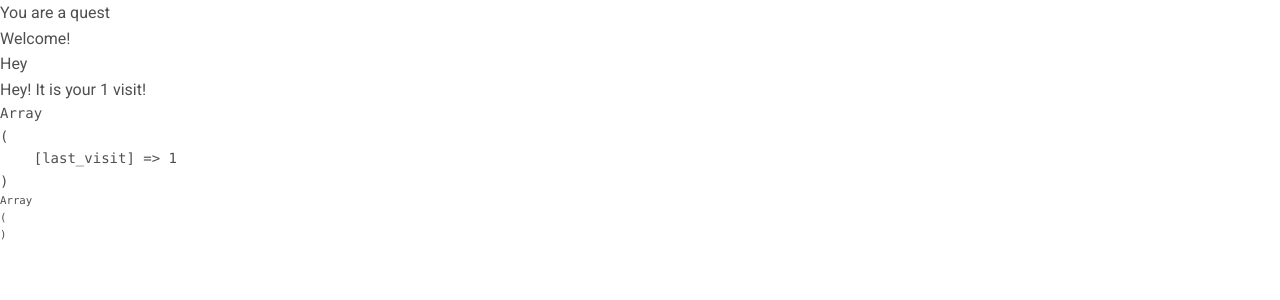
Repository: mahoone/revising_php
Page: http://localhost/
The author's editor kept a copy of each file at every save. The page is drawn from the files as they stood at one save, then again after the next save.
The browser window is 1280 px wide. The pictures show the whole page.
Some web libraries are served in a nearby version. The page is run by PHP 8.4 with error messages shown; the project is at /var/www/html/.

Above is the page before, as saved 2020-06-27 12:20:55.

### index.php
<!DOCTYPE html>
<html lang="en">
  <head>
    <meta charset="UTF-8" />
    <meta name="viewport" content="width=device-width, initial-scale=1, shrink-to-fit=no" />
    <meta http-equiv="x-ua-compatible" content="ie=edge" />
    <title>Home</title>
    <!-- Font Awesome -->
    <link rel="stylesheet" href="https://use.fontawesome.com/releases/v5.11.2/css/all.css" />
    <!-- Google Fonts Roboto -->
    <link
      rel="stylesheet"
      href="https://fonts.googleapis.com/css2?family=Roboto:wght@300;400;500;700&display=swap"
    />
    <!-- MDB -->
    <link rel="stylesheet" href="css/mdb.min.css" />
    <!-- Custom styles -->
    <style></style>
  </head>
  <body>

    <?php
    session_start();

    require ('./utils/Utils.php');
    include ('./utils/Stats.php');

    dumb($_SESSION);
    dumb($_COOKIE);
    ?>

  </body>
  <script type="text/javascript" src="js/mdb.min.js"></script>
  <script type="text/javascript"></script>
</html>

### utils/Utils.php
<?php

function dumb($dumb_value) {
    echo '<pre>';
    print_r($dumb_value);
    echo '<pre>';
}

### utils/Stats.php
<?php

// User validation
class User {

    private $user_name;
    private $user_password;

    public function setUser($name, $password) {
        $this->user_name = $name;
        $this->user_password = $password;
    }

    public function getUserName() {
        return $this->user_name;
    }

    public function getUserPassword() {
        return $this->user_password;
    }
}

// User
$user_one = new User;

$user_one->setUser('kamil', 'misio');

// Log visitor data from current session
class Visitor extends User {

    public function visitCounter() {
        if(!isset($_SESSION['last_visit'])) {
            $_SESSION['last_visit'] = 0;
            echo 'Welcome!'.'<br/>';
        }
        $_SESSION['last_visit']++;
    }

    public function setUserCookies() {
       setcookie('visit_no', time(), time() + 30* 86400);{
           if(!isset($_COOKIE['visit_no'])) {
               echo 'You are a quest'.'<br/>';
           }
           else {
               echo 'You visited this page on '.date('d.m.Y, H:i', $_COOKIE['visit_no']).'<br/>';
           }
        }
    }

    public function displayVisitorData() {
        echo 'Hey '.$this->getUserName().'<br/>';
        echo 'Hey! It is your '.$_SESSION['last_visit'].' visit!';
    }
}


// Visitor
$visitor = new Visitor;

$visitor->setUserCookies();

$visitor->visitCounter();

$visitor->displayVisitorData();

Loaded but not shown: css/mdb.min.css (library); js/mdb.min.js (library)

After the next save:
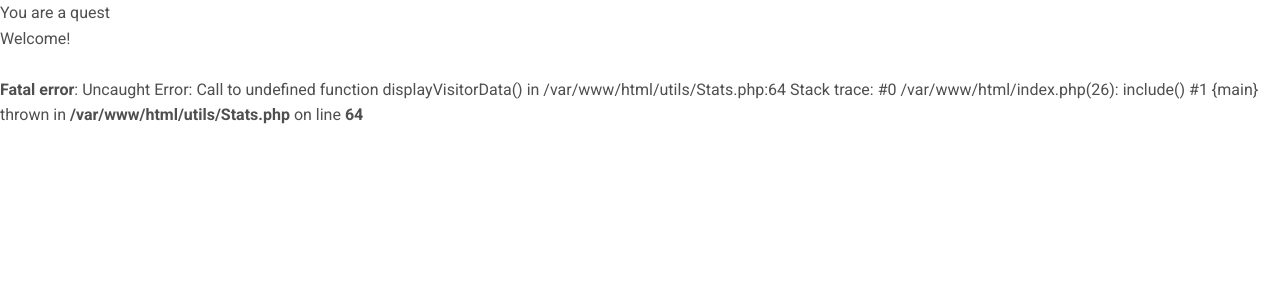
Saved 2 min 4 s later.
--- a/utils/Stats.php
+++ b/utils/Stats.php
@@ -61,4 +61,4 @@
 
 $visitor->visitCounter();
 
-$visitor->displayVisitorData();
+displayVisitorData();

After the save that followed:
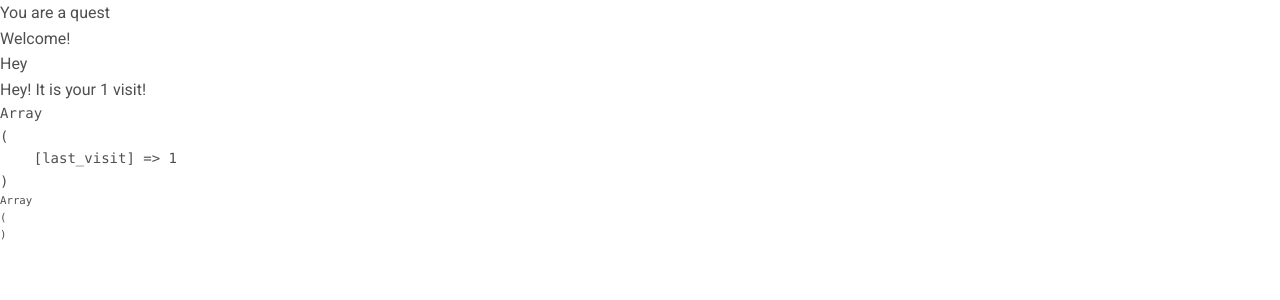
Saved 16 s later.
--- a/utils/Stats.php
+++ b/utils/Stats.php
@@ -61,4 +61,4 @@
 
 $visitor->visitCounter();
 
-displayVisitorData();
+$visitor->displayVisitorData();
